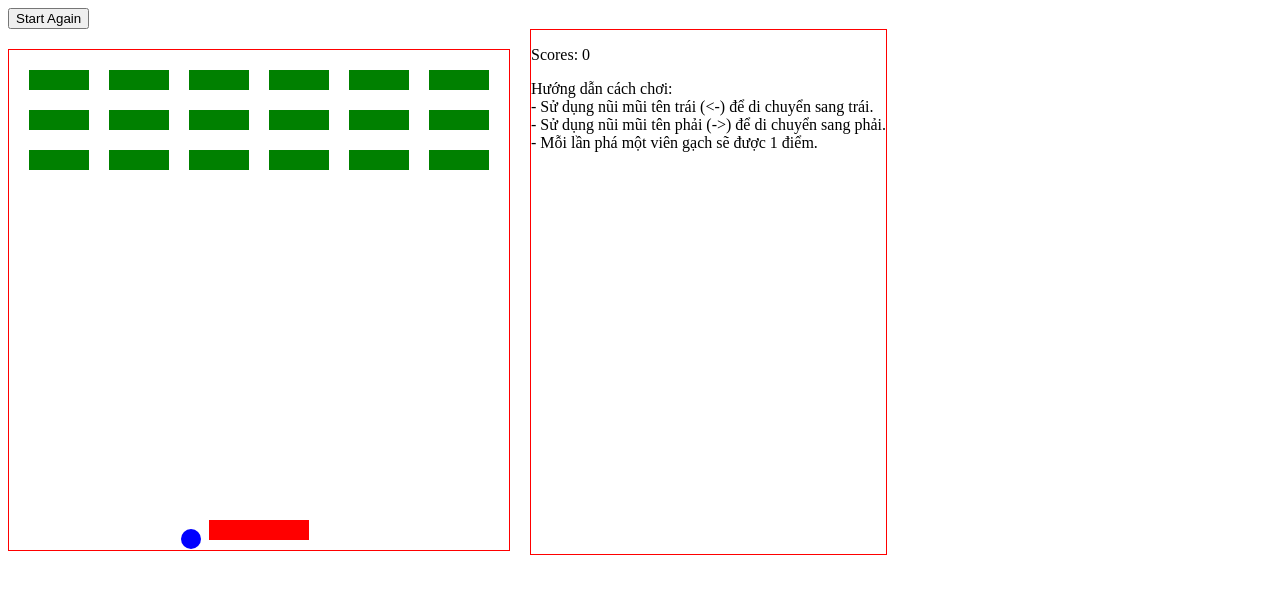
Repository: huynhsang96/CaseJS
Page: Demo_case/index.html
These files come from the project's save history. The page is drawn as it stood at one moment and after the next save; the edit follows.
The browser window is 1280 px wide. The pictures show the whole page.

Above is the page before, as saved 2022-02-21 14:18:20.

### Demo_case/index.html
<!DOCTYPE html>
<html lang="en">
<head>
    <meta charset="UTF-8">
    <meta http-equiv="X-UA-Compatible" content="IE=edge">
    <meta name="viewport" content="width=device-width, initial-scale=1.0">
    <title>Document</title>
    <style>
        /* *{
            font-family:  'Fira Code', 'roboto';
        } */
        canvas{
            margin-top: 20px;

        }

        .container{
            display: flex;
        }

        .container-des{
            margin-left: 20px;
            border: solid 1px red;
        }
    </style>
</head>
<body>
    <div class="btn">
        <button class="btn-start">Start Again</button>
    </div>
    <div class="container">
        <div class="container-canvas">
            <canvas id="myCanvas" width="500" height="500" style="border:1px solid red;">
        </div>
        <div class="container-des">
            <p>Scores: <span class="scores">0</span></p>
            <p>
                Hướng dẫn cách chơi:
                <br>
                - Sử dụng nũi mũi tên trái <span style="font-family: 'Fira code';">(<-)</span> để di chuyển sang trái.
                <br>
                - Sử dụng nũi mũi tên phải <span style="font-family: 'Fira code';">(->)</span> để di chuyển sang phải.
                <br>
                - Mỗi lần phá một viên gạch sẽ được 1 điểm.
            </p>
        </div>
    </div>


    <script src="./ball.js"></script>
    <script src="./bar.js"></script>
    <script src="./brick.js"></script>
    <script src="./main.js"></script>

    <script>

    </script>
</body>
</html>

### Demo_case/ball.js
class Ball{
    constructor(x, y, radius, color){
        let speed = [3,-3,4,-4];
        this.x = x;
        this.y = y;
        this.radius = radius;
        this.color = color;
        this.speedX = speed[Math.floor(Math.random()*speed.length)];
        this.speedY = speed[Math.floor(Math.random()*speed.length)];
        this.canvas = document.getElementById("myCanvas");
        this.ctx = this.canvas.getContext('2d');
        this.isGameOver = false;
    }



    draw(){
        this.ctx.beginPath();
        this.ctx.arc(this.x, this.y, this.radius, 0, Math.PI * 2);
        this.ctx.fillStyle = this.color;
        this.ctx.fill();
        this.ctx.closePath();
    }

    updateBall(){
        this.x += this.speedX;
        this.y += this.speedY;
    }

    ballColiision(){
        if(this.x + this.radius > this.canvas.width || this.x < this.radius){
            this.speedX = -this.speedX;
        }
        if(this.y < this.radius){
            this.speedY = -this.speedY
        }
    }

    checkGame(){
        if(this.y + this.radius > this.canvas.height){
            this.isGameOver = true;
        }
    }

    move(){
        this.ctx.clearRect(0,0,this.canvas.width,this.canvas.height); // xóa canvas
        this.draw();
    }
}

### Demo_case/bar.js
class Bar{
    constructor(width, height, color){
        this.width = width;
        this.height = height;
        this.x = 200;
        this.y = 470;
        this.color = color;
        this.speed = 5;
        this.isMovingLeft = false;
        this.isMovingRight = false;
        this.canvas = document.getElementById("myCanvas");
        this.ctx = this.canvas.getContext('2d');
    }

    drawBar(){
        this.ctx.beginPath();
        this.ctx.rect(this.x, this.y, this.width, this.height);
        this.ctx.fillStyle = this.color;
        this.ctx.fill();
        this.ctx.closePath();
    }


    moveBar(){
        if(this.isMovingLeft && this.x > 0){
            this.x -= this.speed;
        }
        if(this.isMovingRight && this.x < this.canvas.width - this.width){
                this.x += this.speed;
            }
        }
}

### Demo_case/brick.js
class  Brick{
    constructor(){

        this.offsetX = 20;
        this.offsetY = 20;
        this.margin = 20;
        this.width = 60;
        this.height = 20;
        this.totalRow = 3;
        this.totalColum = 6;
        this.brickList = []
        this.isEndGame = false;
        this.canvas = document.getElementById("myCanvas");
        this.ctx = this.canvas.getContext('2d');
    }


    drawBrick(){
        this.brickList.forEach(element => {
            if(!element.isbroken){
                this.ctx.beginPath();
                this.ctx.rect(
                    element.x,
                    element.y,
                    this.width,
                    this.height,
                );
                this.ctx.fillStyle = "green";
                this.ctx.fill();
                this.ctx.closePath();
            }
        })
    }

    checkEndGame(){
        this.isEndGame = this.brickList.every(element =>{
            return element.isbroken == true;
        })
    }
}

### Demo_case/main.js
let ball = new Ball(250,150,10,"blue");
let bar = new Bar(100,20,"red");
let bricks = new Brick();


// --------------------------Event Keyboard---------------------

document.addEventListener("keydown",function(e){
    if(e.keyCode === 37){
        bar.isMovingLeft = true;
    }
    if(e.keyCode === 39){
        bar.isMovingRight = true;
    }
})


document.addEventListener("keyup",function(e){
    if(e.keyCode === 37){
        bar.isMovingLeft = false;
    }
    if(e.keyCode === 39){
        bar.isMovingRight = false;
    }
})

// ----------------------------Bar----------------------------

function barCollision(){
    if(ball.x + ball.radius >= bar.x &&
        ball.y + ball.radius >= bar.y &&
        ball.x + ball.radius <= bar.x + bar.width){

        ball.speedY = -ball.speedY;
    }
}

// ----------------------------Bricks------------------------

// Tạo danh sách Bricks

function creatBricksList(){
    for(let i = 0; i < bricks.totalColum; i++){
        for(let j = 0; j < bricks.totalRow; j++){
            bricks.brickList.push({
                x: bricks.offsetX + i * (bricks.width + bricks.margin),
                y: bricks.offsetY + j * (bricks.height + bricks.margin),
                isbroken: false,
            })
        }
    }
}

creatBricksList()

// xử lý va chạm

let score = 0;
let scoreball = document.querySelector(".scores");
function BricksCollision(){
    bricks.brickList.forEach(function(element){
        if(!element.isbroken){
            if(ball.x >= element.x &&
                ball.x <= element.x + bricks.width &&
                ball.y + ball.radius >= element.y &&
                ball.y - ball.radius <= element.y + bricks.height){
                ball.speedY = -ball.speedY;
                element.isbroken = true;
                score += 1;
                scoreball.textContent = `${score}`;
            }
        }
    })
}

function play(){
    ball.checkGame();
    bricks.checkEndGame();

    if(!ball.isGameOver && !bricks.isEndGame){
        ball.move();
        ball.updateBall();
        ball.ballColiision();

        bar.drawBar();
        bar.moveBar();
        barCollision();

        bricks.drawBrick();
        BricksCollision();

        requestAnimationFrame(play); // Giống đệ quy
    }else{
        alert("End Game!");
        score = 0;
    }
}

play()

let reStart = document.querySelector(".btn-start");

function startGameAgain(){
    ball.x = 150;
    ball.y = 150;


}

reStart.onclick = function(e){
    window.location.reload();
}

After the next save:
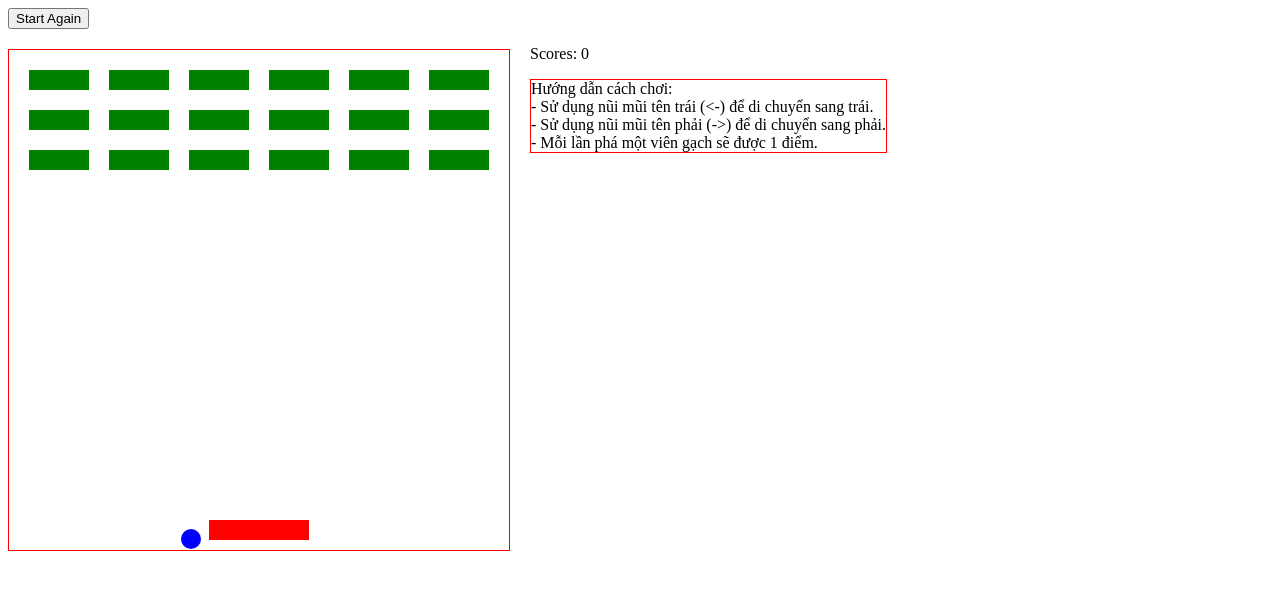
Saved 111 s later.
--- a/Demo_case/index.html
+++ b/Demo_case/index.html
@@ -20,8 +20,12 @@
 
         .container-des{
             margin-left: 20px;
+        }
+
+        .container-des p:nth-child(2){
             border: solid 1px red;
         }
+
     </style>
 </head>
 <body>
